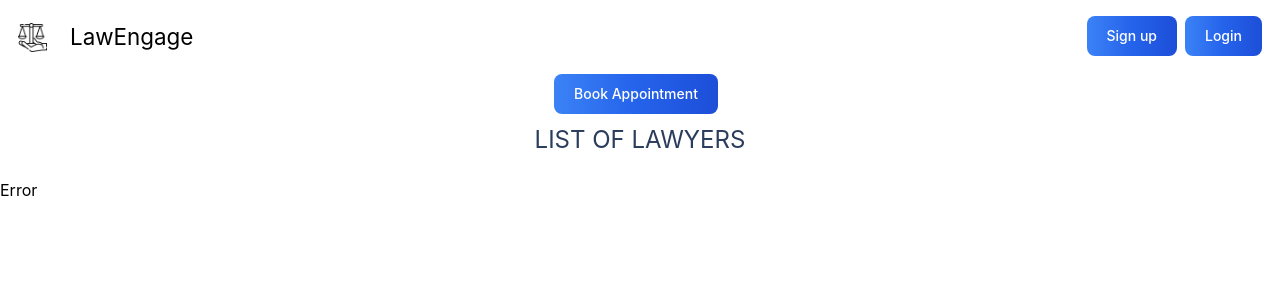
Repository: khushijain8/Lawyer-appointment-application
Page: /book (app in frontend/)
These files come from the project's save history. The page is drawn as it stood at one moment and after the next save; the edit follows.
The browser window is 1280 px wide. The pictures show the whole page.
The page's requests for data from a server got no answer. The project was rebuilt for these pictures with package versions that can differ from the ones it lists, and the page was loaded fresh each time. No one was signed in, and anything a server would have sent is missing. Also part of the build but not shown: frontend/src/App.css, frontend/src/components/Signup/Signup.css, frontend/src/components/Signup/Signup.jsx, frontend/src/components/Login/Login.css, frontend/src/components/Login/Login.jsx, frontend/src/components/LawyerContainer/LawyerContainer.css, frontend/src/components/LawyerHistoryContainer/LawyerHistoryContainer.jsx, frontend/src/components/Admin/Admin.jsx.

Above is the page before, as saved 2025-01-23 00:50:14.

After the next save:
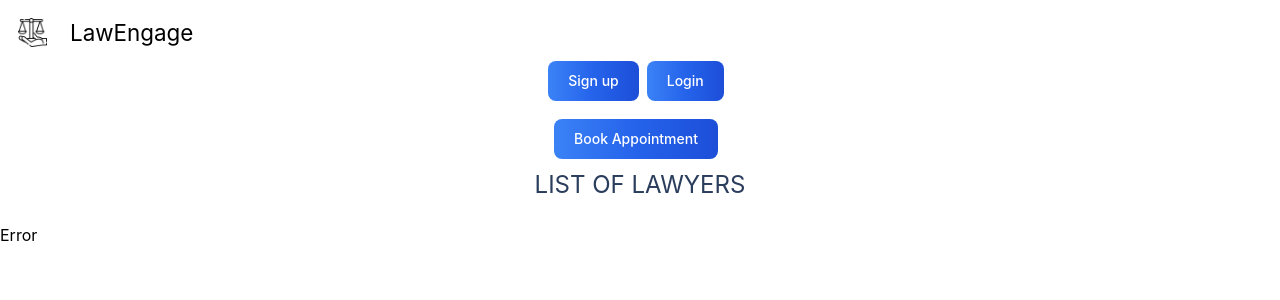
Saved 30 s later.
--- a/frontend/src/components/Navbar/Navbar.jsx
+++ b/frontend/src/components/Navbar/Navbar.jsx
@@ -6,7 +6,7 @@
     const navigate=useNavigate()
   return (
     <>
-        <div className='navbar flex-col md:flex-row '>
+        <div className='navbar flex-col  '>
             <div className="left-nav">
                 <img className = "logo px-2 py-2" src={lawlogo} alt="logo"></img>
                 <span className="heading">LawEngage</span>

After the save that followed:
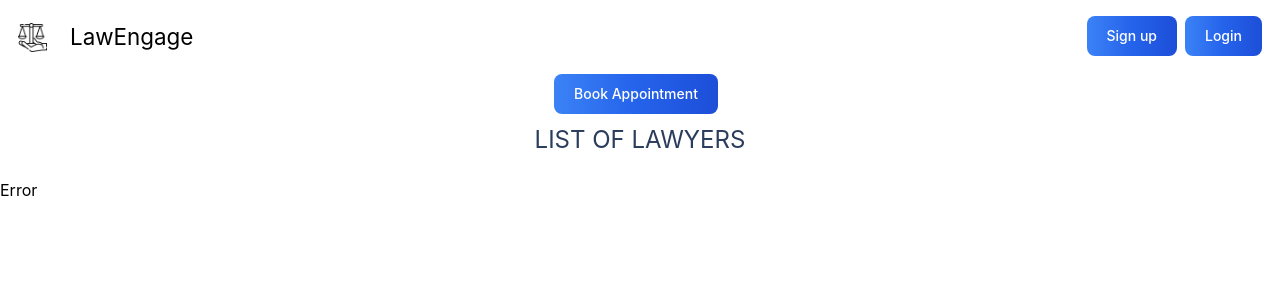
Saved 9 s later.
--- a/frontend/src/components/Navbar/Navbar.jsx
+++ b/frontend/src/components/Navbar/Navbar.jsx
@@ -6,7 +6,7 @@
     const navigate=useNavigate()
   return (
     <>
-        <div className='navbar flex-col  '>
+        <div className='navbar'>
             <div className="left-nav">
                 <img className = "logo px-2 py-2" src={lawlogo} alt="logo"></img>
                 <span className="heading">LawEngage</span>
